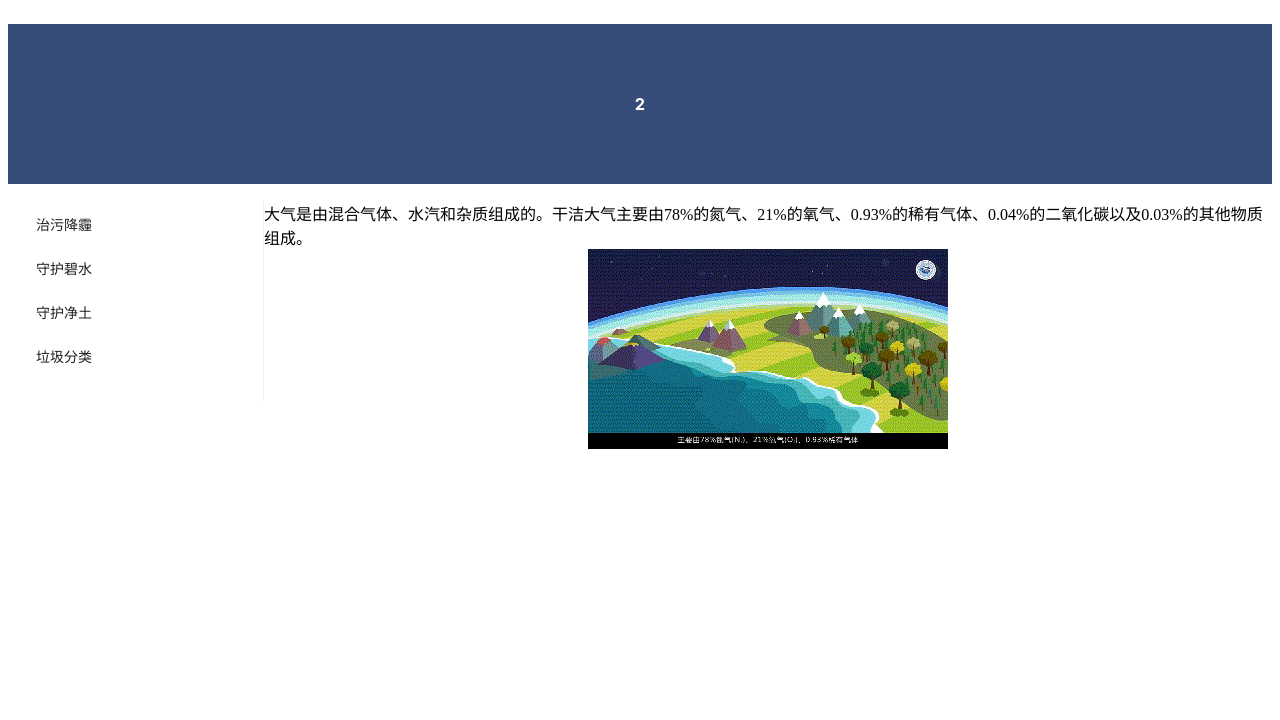
Repository: samllbin/summerWeb
Page: /
The author's editor kept a copy of each file at every save. The page is drawn from the files as they stood at one save, then again after the next save.
The browser window is 1280 px wide. The pictures show the whole page.
The project was rebuilt for these pictures with package versions that can differ from the ones it lists, and the page was loaded fresh each time. Also part of the build but not shown: vite.config.js, components/menu/config.js, components/article/index.module.css, components/article/index.jsx.

Above is the page before, as saved 2024-07-22 16:05:55.

After the next save:
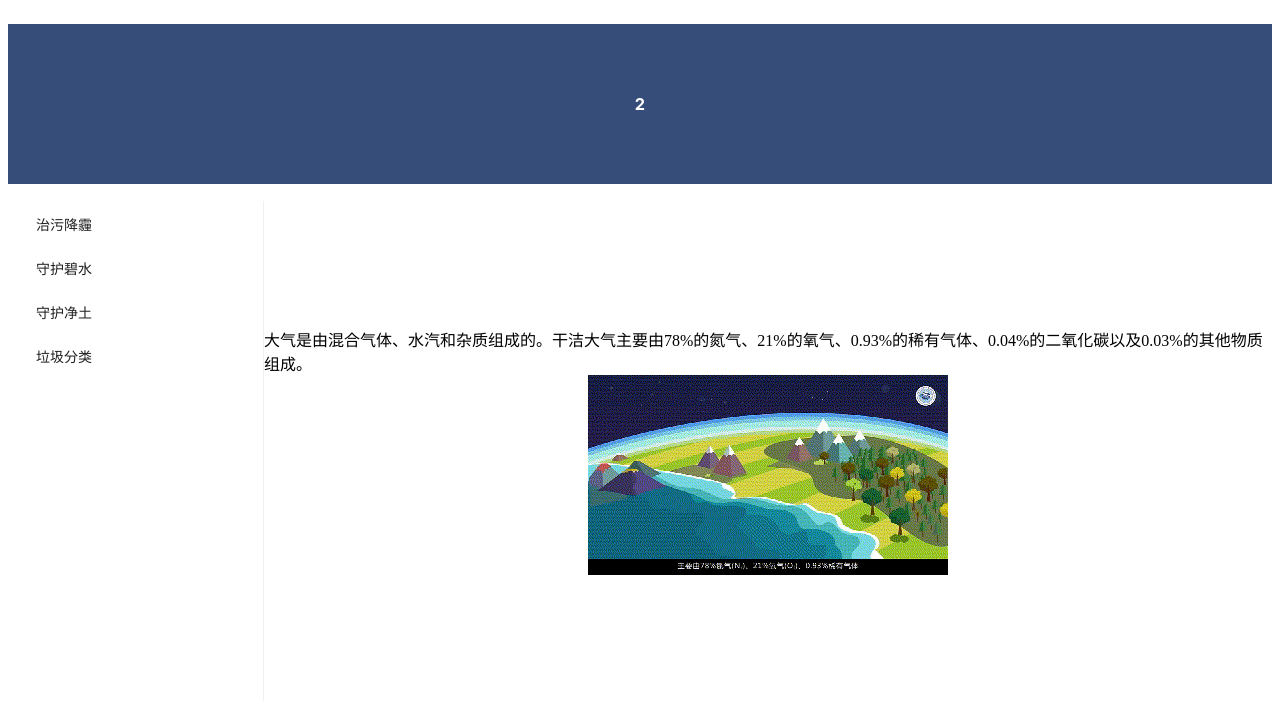
Saved 4 s later.
--- a/components/menu/MenuTab.jsx
+++ b/components/menu/MenuTab.jsx
@@ -12,7 +12,7 @@ export default function MenuTab({ current, setCurrent }) {
     <div>
       <Menu
         onClick={onClick}
-        style={{ width: 256, height: 200 }}
+        style={{ width: 256, height: 500 }}
         defaultOpenKeys={["sub1"]}
         selectedKeys={[current]}
         mode="inline"
